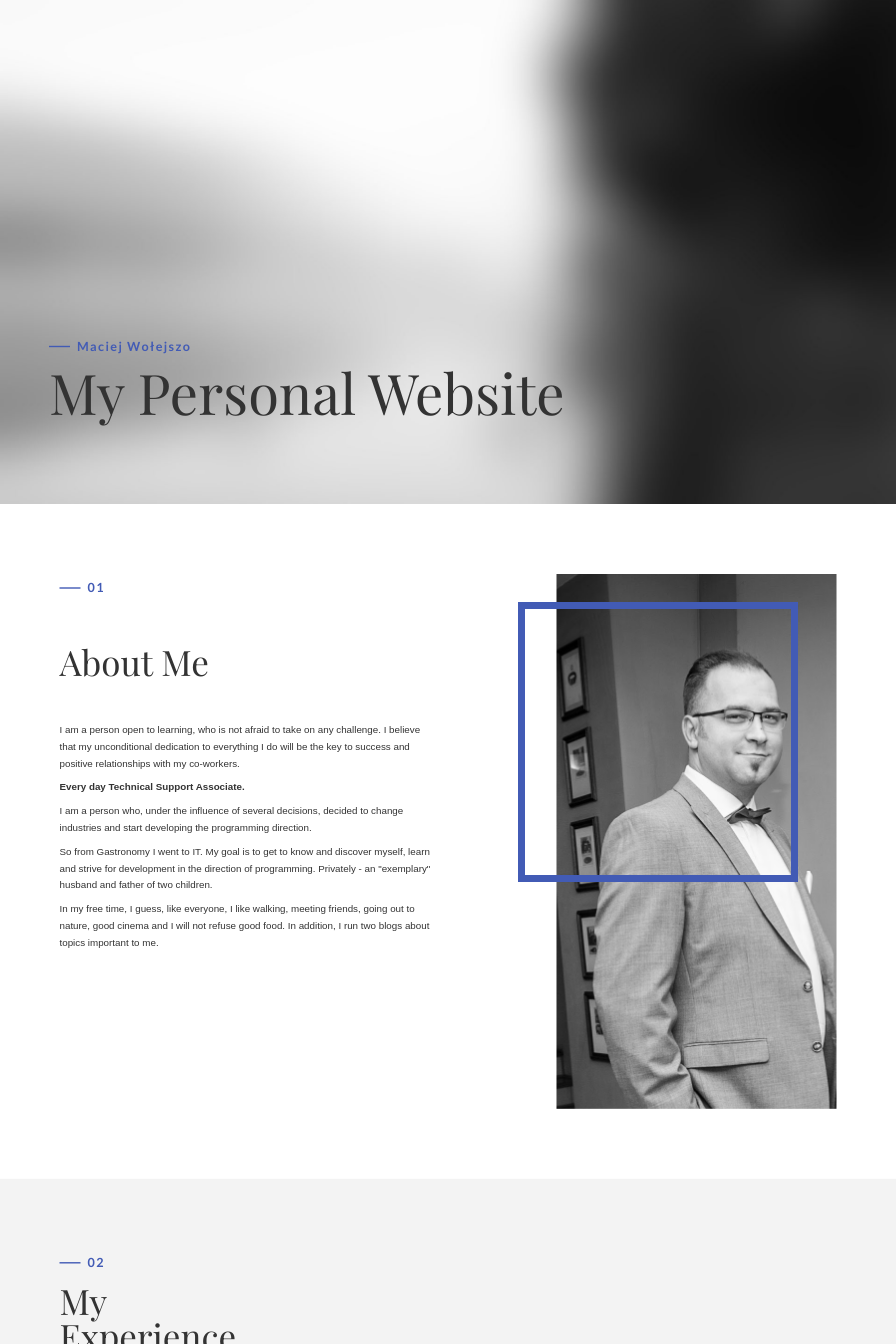
Repository: Maciej85Lodz/maciejwolejszo.pl
Page: index.html
The author's editor kept a copy of each file at every save. The page is drawn from the files as they stood at one save, then again after the next save.
The browser window is 1280 px wide. The pictures show the part of the page from y = 0 to 1920 px (the page is 5952 px tall), at 70% of full size.
Some icons come from a web library that is not loaded, so they are not drawn. Some web fonts or font styles are not loaded; a fallback is used. Some web libraries are served in a nearby version.

Above is the page before, as saved 2019-06-30 17:46:15.

After the next save:
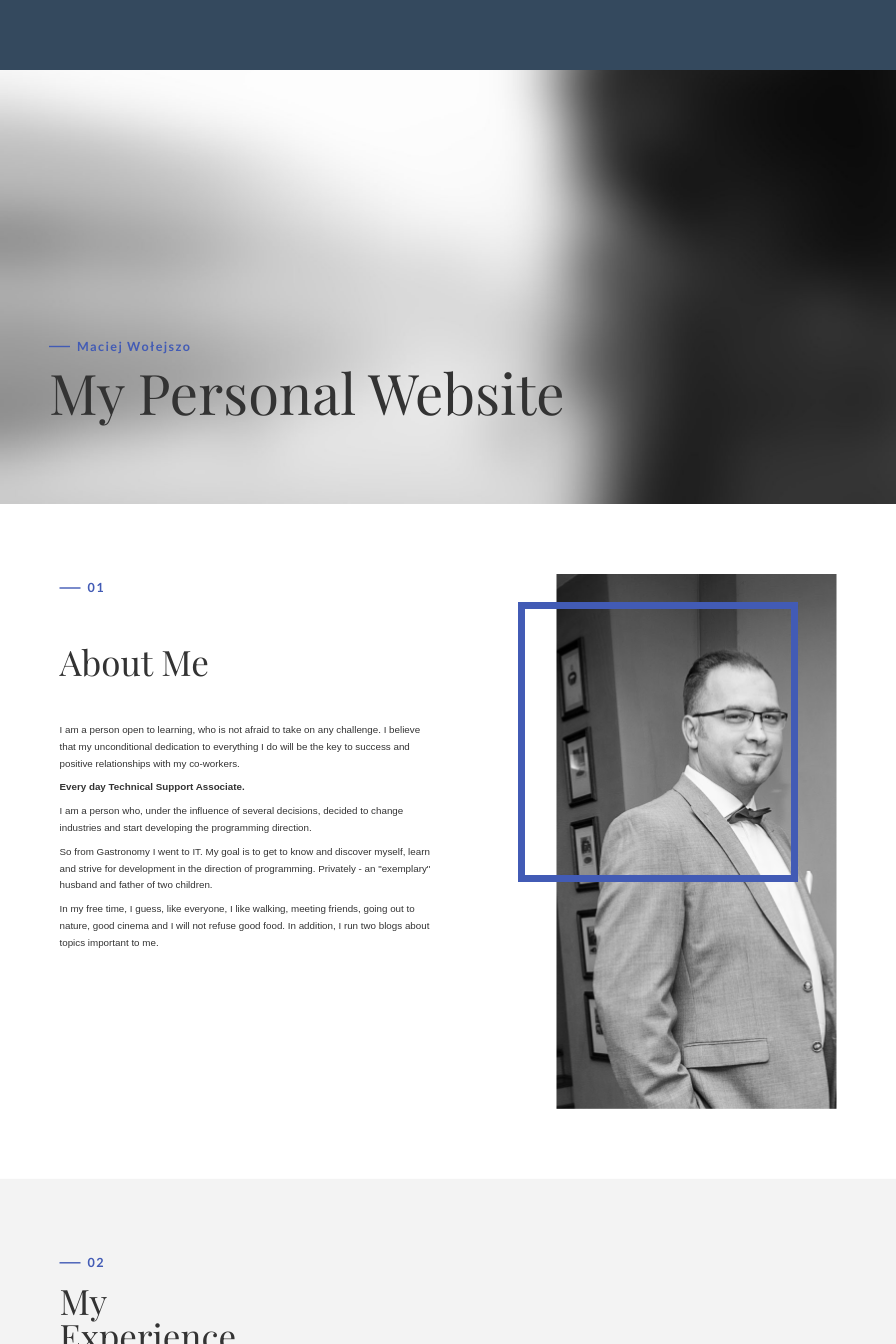
Saved 83 s later.
--- a/index.html
+++ b/index.html
@@ -35,7 +35,7 @@
     </div>
     <!-- ./Preloader -->
     <!-- header -->
-    <header class="navbar-fixed-top">
+    <header class="navbar-fixed-top header">
         <nav>
             <input type="checkbox" id="chk">
             <label for="chk" class="show-menu-btn">
